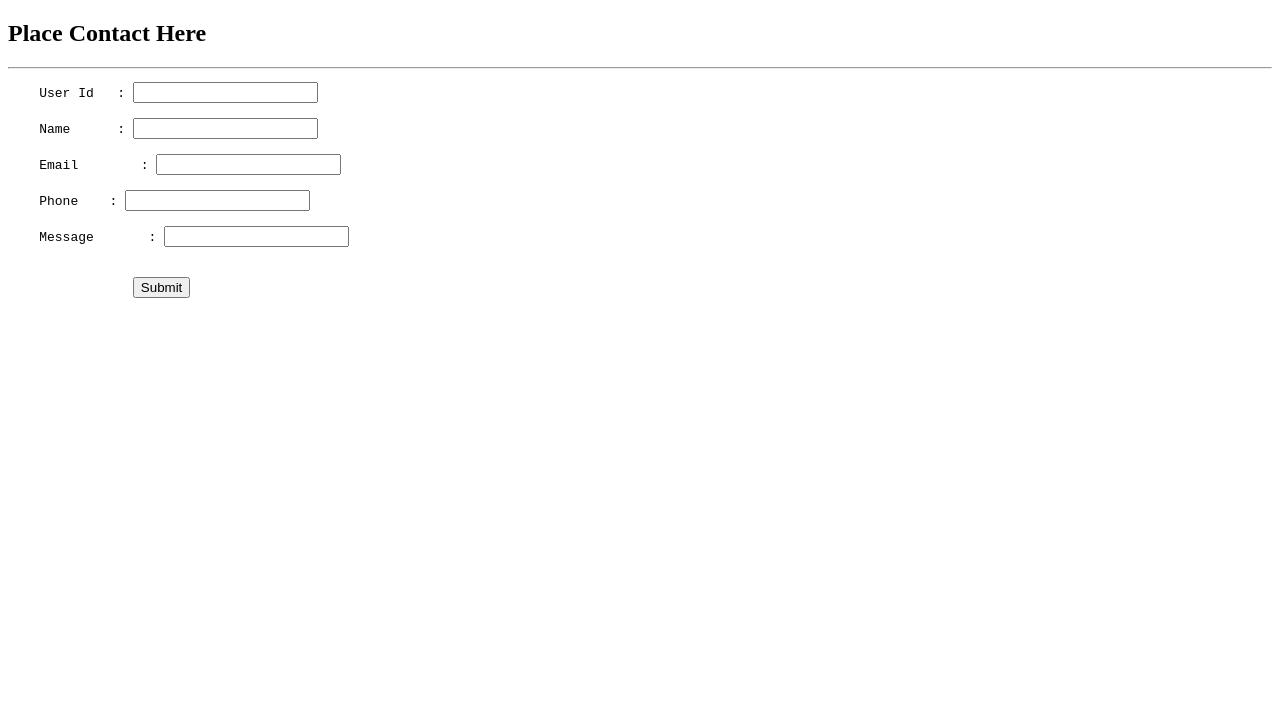
Repository: ShreyasG27/Amdocs-Training
Page: http://localhost/elearning-frontend/contact.jsp
An editor plug-in stored every save of this project. The page is shown before and after the next save, followed by the edit.
The browser window is 1280 px wide. The pictures show the whole page.
The page is served by Tomcat 9. Nobody is signed in. The application's start-up code is not run.

Above is the page before, as saved 2021-08-22 15:47:55.

After the next save:
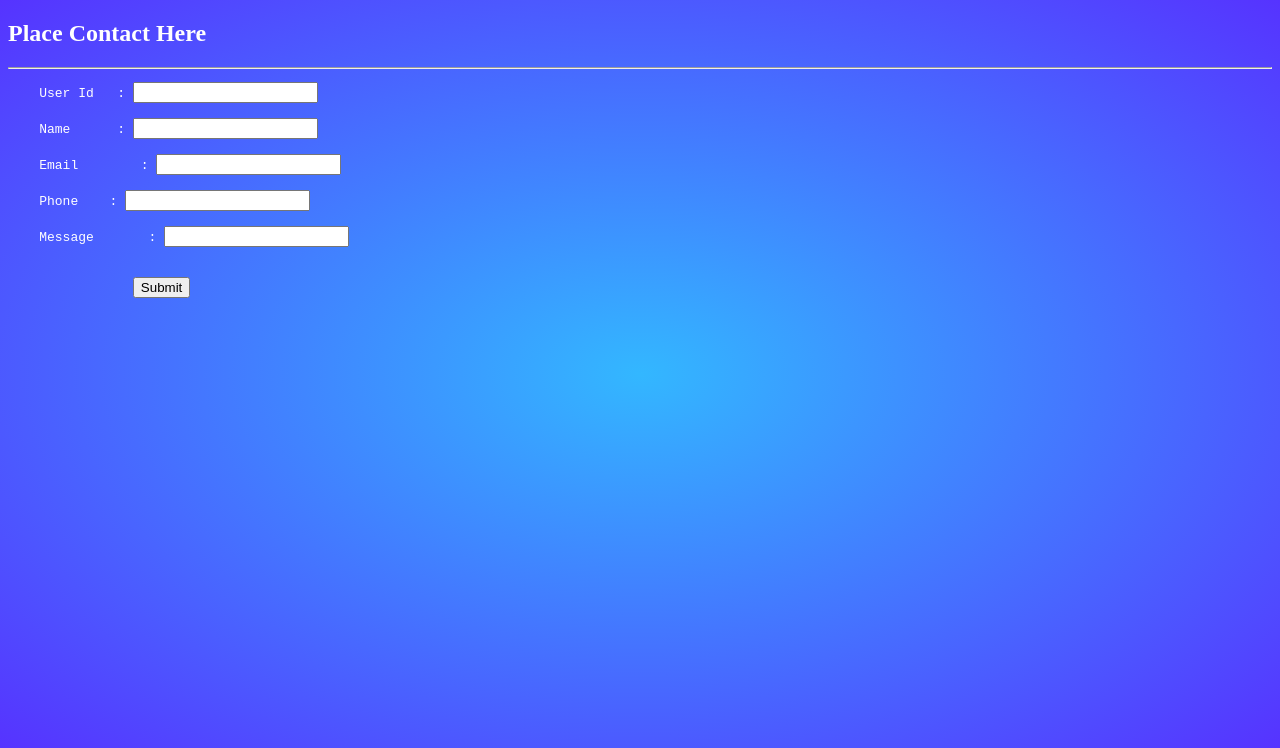
Saved 92 s later.
--- a/elearning-frontend/WebContent/contact.jsp
+++ b/elearning-frontend/WebContent/contact.jsp
@@ -5,6 +5,87 @@
 <head>
 <meta http-equiv="Content-Type" content="text/html; charset=ISO-8859-1">
 <title>Contact Page</title>
+<style>
+body{
+	background-image: radial-gradient(#33B7FF,#5633ff);
+	color: white;
+	height: 100vh;
+}
+.heading{
+font-size:40px;
+margin-top: 50px;
+}
+.submitbutton{
+	margin-left:420px;
+	padding:8px;
+	font-size:20px;
+	color: midnightblue;
+	background-color:lightblue;
+	border-radius:5px;
+	margin-top: 20px;
+}
+.submitbutton:hover{
+	margin-left:420px;
+	padding:8px;
+	font-size:20px;
+	color: midnightblue;
+	background-color:cyan;
+	border-radius:5px;
+	margin-top: 20px;
+}
+.inputfld{
+	margin-left: 430px;
+	padding: 5px;
+	broder-radius:10px;
+	font-size:12px;
+	width:30%;
+}
+.inputfld1{
+	margin-left: 438px;
+	padding: 5px;
+	broder-radius:10px;
+	font-size:12px;
+	width:30%;
+}
+.inputfld2{
+	margin-left: 438px;
+	padding: 5px;
+	broder-radius:10px;
+	font-size:12px;
+	width:30%;
+}
+.txtfld{
+	font-size:20px;
+	margin-left:440px;
+}
+ul {
+  list-style-type: none;
+  margin: 0;
+  padding: 0;
+  overflow: hidden;
+  background-color: #333;
+}
+
+li {
+  float: left;
+}
+
+li a {
+  display: block;
+  color: white;
+  text-align: center;
+  padding: 14px 16px;
+  text-decoration: none;
+}
+
+li a:hover:not(.active) {
+  background-color: #111;
+}
+
+.active {
+  background-color: #04AA6D;
+}
+</style>
 </head>
 <body>
 <h2>Place Contact Here</h2>
